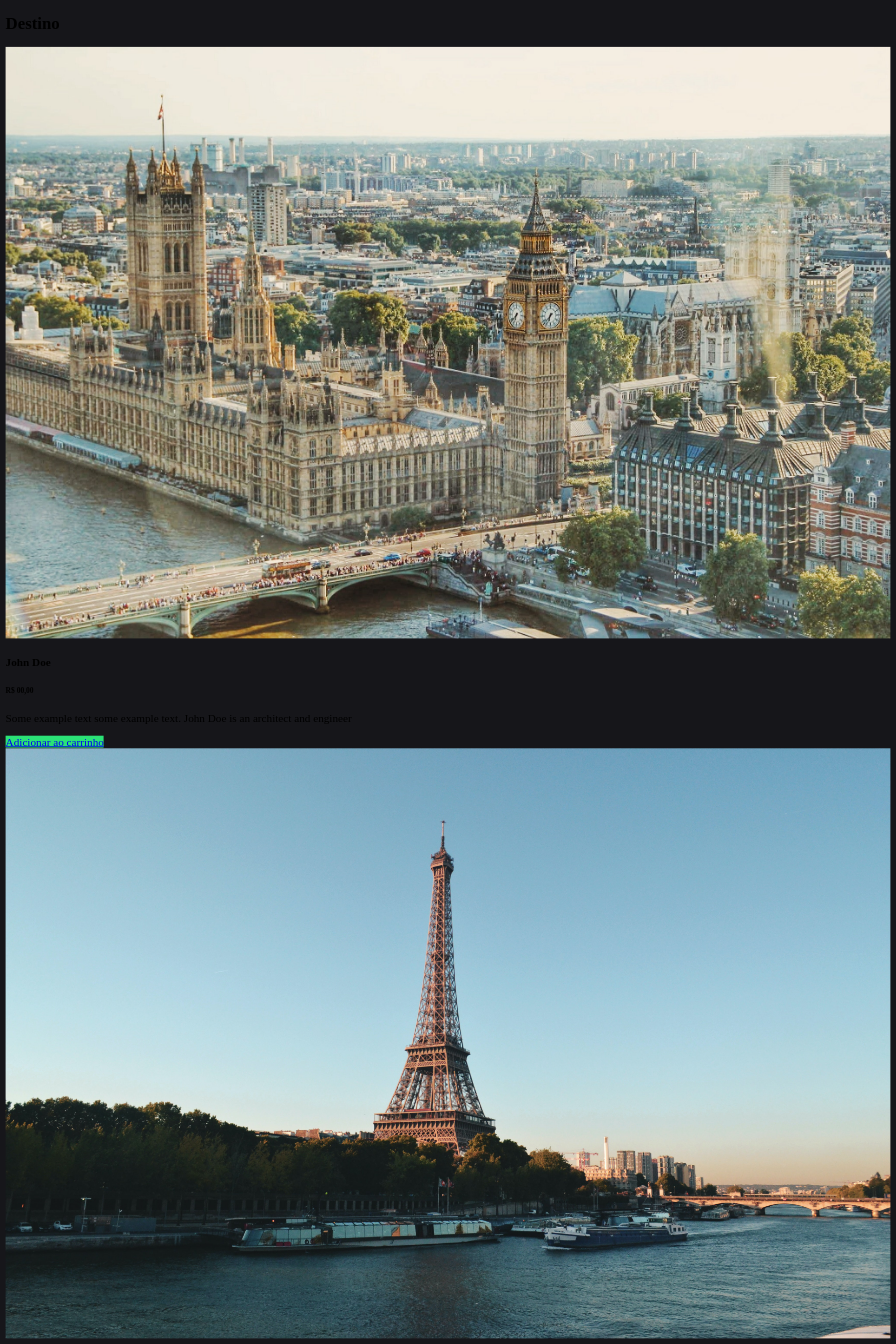
Repository: JulioSantooz/maisViagensSegundaVersao
Page: java-web(eclipse)/java-crud-mais-viagens/src/main/webapp/destino.html
An editor plug-in stored every save of this project. The page is shown before and after the next save, followed by the edit.
The browser window is 1280 px wide. The pictures show the part of the page from y = 0 to 1920 px (the page is 9471 px tall before and 9604 px after), at 70% of full size.
Some web libraries are served in a nearby version.

Above is the page before, as saved 2022-02-07 16:39:40.

### java-web(eclipse)/java-crud-mais-viagens/src/main/webapp/destino.html
<!DOCTYPE html>
<html>
<head>
<meta charset="ISO-8859-1">
<title>Insert title here</title>
</head>
<body style="background-color: #16161a;">

    <div class="container">

        <article>
            <div class="col-12 text-center my-4">
                <h1 class="display-4 text-white"><strong>Destino</strong></h1>
            </div>
            <div class="row g-3">
                <div class="col-sm-6 col-md-4 col-lg-3 my-4">
                    <div class="card">
                        <img class="card-img-top" src="./img/londres.jpg" alt="Card image" style="width:100%">
                        <div class="card-body">
                          <h4 class="card-title">John Doe</h4>
                          <h6 class="card-title">R$ 00,00</h6>
                          <p class="card-text">Some example text some example text. John Doe is an architect and engineer</p>
                          <a href="#" class="btn btn-block text-white" style="background-color: rgb(43, 226, 119);">Adicionar ao carrinho</a>
                        </div>
                    </div>
                </div>
                <div class="col-sm-6 col-md-4 col-lg-3 my-4">
                    <div class="card">
                        <img class="card-img-top" src="./img/paris.jpg" alt="Card image" style="width:100%">
                        <div class="card-body">
                          <h4 class="card-title">John Doe</h4>
                          <h6 class="card-title">R$ 00,00</h6>
                          <p class="card-text">Some example text some example text. John Doe is an architect and engineer</p>
                          <a href="#" class="btn btn-block text-white" style="background-color: rgb(43, 226, 119);">Adicionar ao carrinho</a>
                        </div>
                    </div>
                </div>
                <div class="col-sm-6 col-md-4 col-lg-3 my-4">
                    <div class="card">
                        <img class="card-img-top" src="./img/rio.jpg" alt="Card image" style="width:100%">
                        <div class="card-body">
                          <h4 class="card-title">John Doe</h4>
                          <h6 class="card-title">R$ 00,00</h6>
                          <p class="card-text">Some example text some example text. John Doe is an architect and engineer</p>
                          <a href="#" class="btn btn-block text-white" style="background-color: rgb(43, 226, 119);">Adicionar ao carrinho</a>
                        </div>
                    </div>
                </div>
                <div class="col-sm-6 col-md-4 col-lg-3 my-4">
                    <div class="card">
                        <img class="card-img-top" src="./img/foto-1.jpg" alt="Card image" style="width:100%">
                        <div class="card-body">
                          <h4 class="card-title">John Doe</h4>
                          <h6 class="card-title">R$ 00,00</h6>
                          <p class="card-text">Some example text some example text. John Doe is an architect and engineer</p>
                          <a href="#" class="btn btn-block text-white" style="background-color: rgb(43, 226, 119);">Adicionar ao carrinho</a>
                        </div>
                    </div>
                </div>
            </div>
            <div class="row g-3 bg">
                <div class="col-sm-6 col-md-4 col-lg-3 my-4">
                    <div class="card">
                        <img class="card-img-top" src="./img/roma.jpg" alt="Card image" style="width:100%">
                        <div class="card-body">
                          <h4 class="card-title">John Doe</h4>
                          <h6 class="card-title">R$ 00,00</h6>
                          <p class="card-text">Some example text some example text. John Doe is an architect and engineer</p>
                          <a href="#" class="btn btn-block text-white" style="background-color: rgb(43, 226, 119);">Adicionar ao carrinho</a>
                        </div>
                    </div>
                </div>
                <div class="col-sm-6 col-md-4 col-lg-3 my-4">
                    <div class="card">
                        <img class="card-img-top" src="./img/foto-3.jpg" alt="Card image" style="width:100%">
                        <div class="card-body">
                          <h4 class="card-title">John Doe</h4>
                          <h6 class="card-title">R$ 00,00</h6>
                          <p class="card-text">Some example text some example text. John Doe is an architect and engineer</p>
                          <a href="#" class="btn btn-block text-white" style="background-color: rgb(43, 226, 119);">Adicionar ao carrinho</a>
                        </div>
                    </div>
                </div>
                <div class="col-sm-6 col-md-4 col-lg-3 my-4">
                    <div class="card">
                        <img class="card-img-top" src="./img/londres.jpg" alt="Card image" style="width:100%">
                        <div class="card-body">
                          <h4 class="card-title">John Doe</h4>
                          <h6 class="card-title">R$ 00,00</h6>
                          <p class="card-text">Some example text some example text. John Doe is an architect and engineer</p>
                          <a href="#" class="btn btn-block text-white" style="background-color: rgb(43, 226, 119);">Adicionar ao carrinho</a>
                        </div>
                    </div>
                </div>
                <div class="col-sm-6 col-md-4 col-lg-3 my-4">
                    <div class="card">
                        <img class="card-img-top" src="./img/rio.jpg" alt="Card image" style="width:100%">
                        <div class="card-body">
                          <h4 class="card-title">John Doe</h4>
                          <h6 class="card-title">R$ 00,00</h6>
                          <p class="card-text">Some example text some example text. John Doe is an architect and engineer</p>
                          <a href="#" class="btn btn-block text-white" style="background-color: rgb(43, 226, 119);">Adicionar ao carrinho</a>
                        </div>
                    </div>
                </div>
            </div>
        </article>

        <section>
            <div>
                <div class="row ">
                    <div class="col-12 text-center my-5">
                        <h1 class="display-4 text-white"><strong>Lorem Ipsum</strong></h1>
                    </div>
                </div>
                <div class="row">
                    <div class="col-sm-12 col-md-8 col-lg-6 text-center d-flex align-items-center">
                        <p class="text-white">Lorem Ipsum is simply dummy text of the printing and typesetting industry.
                           Lorem Ipsum has been the industry's standard dummy text ever since the 1500s,
                           when an unknown printer took a galley of type and scrambled it to make a type
                           specimen book. It has survived not only five centuries, but also the leap into
                           electronic typesetting, remaining essentially unchanged. It was popularised in
                           the 1960s with the release of Letraset sheets containing Lorem Ipsum passages,
                           and more recently with desktop publishing software like Aldus PageMaker including
                           versions of Lorem Ipsum.</p>
                    </div>
                    <div class="col-sm-12 col-md-4 col-lg-6 mb-4">
                        <img style="width: 100%;" src="./img/logo-agencia-de-viagens.png" alt="">
                    </div>
                </div>
            </div>
        </section>

    </div>




    <script src="https://code.jquery.com/jquery-3.2.1.slim.min.js"></script>
    <script src="https://cdnjs.cloudflare.com/ajax/libs/popper.js/1.12.9/umd/popper.min.js"></script>
    <script src="https://maxcdn.bootstrapcdn.com/bootstrap/4.0.0/js/bootstrap.js"></script>


</body>
</html>

After the next save:
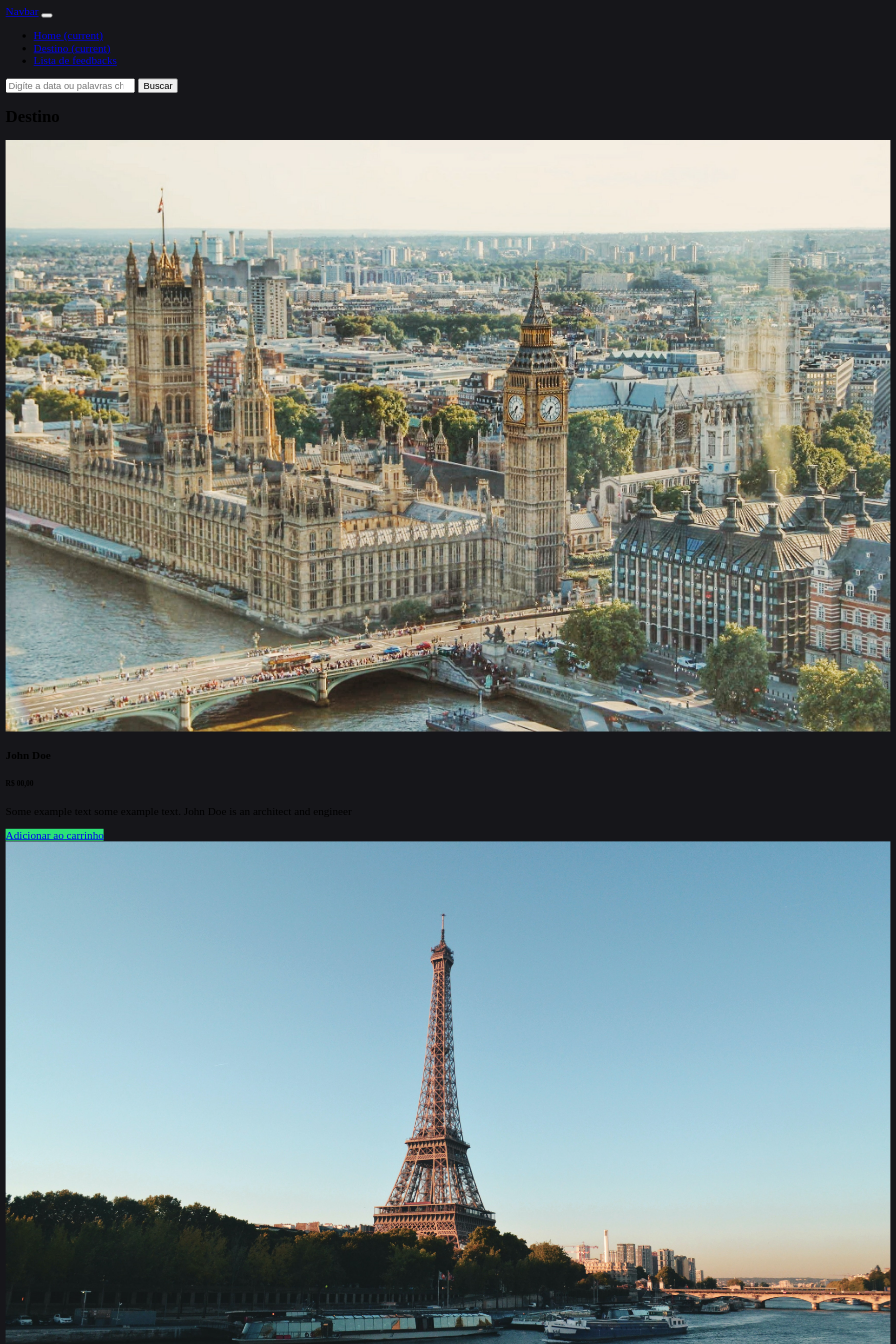
Saved 29 s later.
--- a/java-web(eclipse)/java-crud-mais-viagens/src/main/webapp/destino.html
+++ b/java-web(eclipse)/java-crud-mais-viagens/src/main/webapp/destino.html
@@ -5,6 +5,31 @@
 <title>Insert title here</title>
 </head>
 <body style="background-color: #16161a;">
+
+<nav class="navbar navbar-expand-lg navbar-light bg-light">
+  <a class="navbar-brand" href="#">Navbar</a>
+  <button class="navbar-toggler" type="button" data-toggle="collapse" data-target="#navbarSupportedContent" aria-controls="navbarSupportedContent" aria-expanded="false" aria-label="Toggle navigation">
+    <span class="navbar-toggler-icon"></span>
+  </button>
+
+  <div class="collapse navbar-collapse" id="navbarSupportedContent">
+    <ul class="navbar-nav mr-auto">
+      <li class="nav-item active">
+        <a class="nav-link" href="index.html">Home <span class="sr-only">(current)</span></a>
+      </li>
+      <li class="nav-item active">
+        <a class="nav-link" href="destino.html">Destino <span class="sr-only">(current)</span></a>
+      </li>
+      <li class="nav-item">
+        <a class="nav-link" href="CreateAndFind">Lista de feedbacks</a>
+      </li>
+    </ul>
+    <form action="CreateAndFind" method="GET" class="form-inline my-2 my-lg-0">
+      <input name="pesquisa" class="form-control mr-sm-2" type="search" placeholder="Digíte a data ou palavras chave" aria-label="Search">
+      <button class="btn btn-outline-success my-2 my-sm-0" type="submit">Buscar</button>
+    </form>
+  </div>
+</nav>
 
     <div class="container">
 
